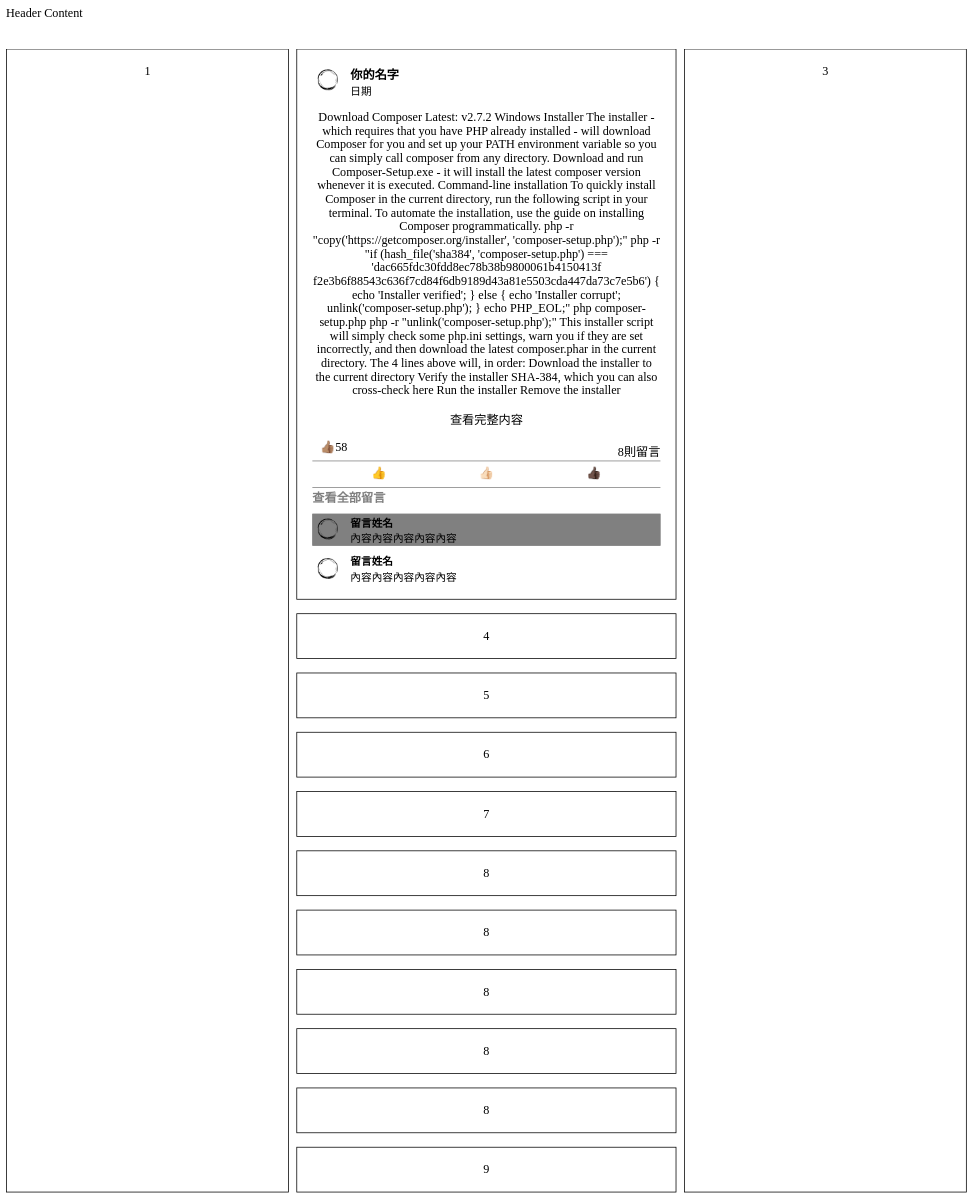
Repository: yuchiyang123/index_view
Page: http://localhost/
An editor plug-in stored every save of this project. The page is shown before and after the next save, followed by the edit.
The browser window is 1280 px wide. The pictures show the whole page, at 76% of full size.
The page is run by PHP 8.4 with error messages shown; the project is at /var/www/html/.

Above is the page before, as saved 2024-03-27 09:47:33.

### index.php
<style>
   .header {
    position: sticky;
    top: 0;
    z-index: 9996;
    grid-area: header;
    background-color: #ffffff;
    width: 100%;
    height: 56px;

}


.grid-container {

  display: grid;
  grid-template-columns: auto 500px auto;
  grid-template-rows:auto;
  grid-gap: 10px;
  display: grid;
  grid-template-areas:
    "A B C";

}

.grid-item {
  border: 1px solid #000;
  padding: 20px;
  text-align: center;

}
.first{
    grid-area: A;
    min-height: 800px;
}
.end{
    grid-area: C;
}
.mid{
    grid-area: B;
}
.limt{
    min-height: 350px;
}
.inner-grid {
    display: inline-grid;
    width: 30%;
    transition: background-color 0.3s;
    padding-top: 5px;
    padding-bottom: 10px;
    text-align: center;
}
.inner-grid:hover {
    background-color: rgba(128, 128, 128, 0.4);
}
.line{
    border-top: 1px solid gray;
    border-bottom: 1px solid gray;
}
.respond{

    padding-bottom: 8px;
    text-align: left;
    padding-left:10px;
}
.respond > div {
    display: inline-block;
}
.message{
    text-align: right;
}
.respond, .message {
    display: inline-block;
}
.container {
    display: flex;
    justify-content: space-between;
    align-items: center;
}

.popup {
    display: none;
    position: fixed;
    top: 50%;
    left: 50%;
    transform: translate(-50%, -50%);
    width: 500px;
    padding: 20px;
    background-color: #fff;
    z-index: 9998;

}

.trigger a {
    cursor: pointer;
}

.blur-background {
    filter: blur(0px);
}
.box{

}
.imgsize{
    width: 40px;
    height: auto;

}

.image-container {
    float: left;
    margin-right: 10px;
}

.text-container {
    overflow: hidden;
}
.user{

    text-align: left;
    font-weight: bold;

}
.date{
    font-size: 14px;
    text-align: left;
}
a{
    text-decoration: none;
    color: black;
}
.overlay {
    display: none;
    position: fixed;
    top: 0;
    left: 0;
    width: 100%;
    height: 100%;
    background-color: rgba(0, 0, 0, 0.5);
    z-index: 9997;
  }
  .SeeAllMessage{
    text-align: left;
  }
  .SeeAllMessage a{
    text-align: left;
    color: gray;
    font-weight: bold;
  }
  .LeaveMessage{
    margin-top: 10px;

  }
  .LeaveMessageall{
    border : 1px solid gray;
    background-color: gray;
  }
  .LeaveMessageUsernameIMG{
    width: 40px;
    height: auto;
  }
  .LeaveMessageimgdiv{
    float: left;
    margin-right: 10px;
  }
  .LeaveMessageUsername{
    text-align: left;
    font-size: 14px;
    font-weight: bold;
  }
  .LeaveMessageMain{
    text-align: left;
    font-size: 14px;
  }
</style>
<html>
<body>
<?php
    include('header.php');
?>
  <div id="box" class="box">
    <div class="grid-container">

      <div class="grid-item"><div class="first">1</div></div>

        <div class="mid">
          <div class="grid-item">
            <div class="limt">
            <div class="image-container">
                <img src="img/2-1.png" class="imgsize">
                        </div>
                <div class="text-container">
                    <div class="user"><a href="#"><div><a href="#">你的名字</a></div></a></div>
                    <div class="date"><div><a href="#">日期</a></div></div>
                </div>
                <div class="clearfix"></div>
                <p class="main">
                Download Composer Latest: v2.7.2
                    Windows Installer
                    The installer - which requires that you have PHP already installed - will download Composer for you and set up your PATH environment variable so you can simply call composer from any directory.

                    Download and run Composer-Setup.exe - it will install the latest composer version whenever it is executed.

                    Command-line installation
                    To quickly install Composer in the current directory, run the following script in your terminal. To automate the installation, use the guide on installing Composer programmatically.

                    php -r "copy('https://getcomposer.org/installer', 'composer-setup.php');"
                    php -r "if (hash_file('sha384', 'composer-setup.php') === 'dac665fdc30fdd8ec78b38b9800061b4150413f
                    f2e3b6f88543c636f7cd84f6db9189d43a81e5503cda447da73c7e5b6') { echo 'Installer verified'; } else { echo 'Installer corrupt'; unlink('composer-setup.php'); } echo PHP_EOL;"
                    php composer-setup.php
                    php -r "unlink('composer-setup.php');"
                    This installer script will simply check some php.ini settings, warn you if they are set incorrectly, and then download the latest composer.phar in the current directory. The 4 lines above will, in order:

                    Download the installer to the current directory
                    Verify the installer SHA-384, which you can also cross-check here
                    Run the installer
                    Remove the installer<div class="trigger"><a href="#">查看完整内容</a></div>
                </p>
                <div class="container">
                    <div class="respond"><a href="#">👍🏽</a><div><a href="#">58</a></div></div>
                    <div class="message"><div><a href="#">8則留言</a></div></div>
                </div>
                <div class="line">
                    <div class="inner-grid">👍</div>
                    <div class="inner-grid">👍🏻</div>
                    <div class="inner-grid">👍🏿</div>
                </div>
                <div class="SeeAllMessage"><a href="#">查看全部留言</a></div>
                <div class="LeaveMessage">
                    <div><a href="#"></a></div>
                    <div>
                        <div class="LeaveMessageimgdiv"><img src="img/2-1.png" class="LeaveMessageUsernameIMG">
                    </div>
                    <div class="LeaveMessageall">
                        <div class="LeaveMessageUsername">
                            留言姓名
                        </div>
                        <div class="LeaveMessageMain">
                            內容內容內容內容內容
                        </div>
                    </div>
                </div>
                </div>
                <div class="LeaveMessage">
                    <div><a href="#"></a></div>
                    <div><div class="LeaveMessageimgdiv"><img src="img/2-1.png" class="LeaveMessageUsernameIMG"></div><div class="LeaveMessageUsername">留言姓名</div><div class="LeaveMessageMain">內容內容內容內容內容</div></div>
                </div>
            </div>
        </div><br>
          <div class="grid-item">4</div><br>
          <div class="grid-item">5</div><br>
          <div class="grid-item">6</div><br>
          <div class="grid-item">7</div><br>
          <div class="grid-item">8</div><br>
          <div class="grid-item">8</div><br>
          <div class="grid-item">8</div><br>
          <div class="grid-item">8</div><br>
          <div class="grid-item">8</div><br>
          <div class="grid-item">9</div>
          <div class="overlay" id="overlay"></div>
          <div id="popup" class="popup">
        <div class="content">
        <div class="image-container">
            <img src="img/2-1.png" class="imgsize">
        </div>
        <div class="text-container">
            <div class="user"><a href="#"><div><a href="#">你的名字</a></div></a></div>
            <div class="date"><div><a href="#">日期</a></div></div>
        </div>
        <div class="clearfix"></div>
            <p class="main">
                Download Composer Latest: v2.7.2
                    Windows Installer
                    The installer - which requires that you have PHP already installed - will download Composer for you and set up your PATH environment variable so you can simply call composer from any directory.

                    Download and run Composer-Setup.exe - it will install the latest composer version whenever it is executed.

                    Command-line installation
                    To quickly install Composer in the current directory, run the following script in your terminal. To automate the installation, use the guide on installing Composer programmatically.

                    php -r "copy('https://getcomposer.org/installer', 'composer-setup.php');"
                    php -r "if (hash_file('sha384', 'composer-setup.php') === 'dac665fdc30fdd8ec78b38b9800061b4150413f
                    f2e3b6f88543c636f7cd84f6db9189d43a81e5503cda447da73c7e5b6') { echo 'Installer verified'; } else { echo 'Installer corrupt'; unlink('composer-setup.php'); } echo PHP_EOL;"
                    php composer-setup.php
                    php -r "unlink('composer-setup.php');"
                    This installer script will simply check some php.ini settings, warn you if they are set incorrectly, and then download the latest composer.phar in the current directory. The 4 lines above will, in order:

                    Download the installer to the current directory
                    Verify the installer SHA-384, which you can also cross-check here
                    Run the installer
                    Remove the installer
            </p>
        <div class="container">
            <div class="respond"><a href="#">👍🏽</a><div><a href="#">58</a></div></div>
            <div class="message"><div><a href="#">8則留言</a></div></div>
        </div>
            <div class="line">
            <div class="inner-grid">👍</div>
            <div class="inner-grid">👍🏻</div>
            <div class="inner-grid">👍🏿</div>
        </div>
        </div>
            <!--div class="close"><a href="#">关闭</a></div-->
        </div>
        </div>

            <div class="grid-item"><div class="end">3</div></div>
        </div>
    </div>
  </div>
  <script>
    var overlay = document.getElementById('overlay');
    var trigger = document.querySelector('.trigger a');
    var popup = document.getElementById('popup');
    var header = document.querySelector('.header');
    trigger.addEventListener('click', function(event) {
        event.preventDefault();
        popup.style.display = 'block';
        header.style.backgroundColor = 'rgba(0, 0, 0, 0.000001)';
        overlay.style.display = 'block';
        popup.style.border = '1px solid gray';
        popup.style.boxShadow = '0px 0px 15px rgba(0, 0, 0, 0.7)';
        /*
        document.body.classList.add('blur-background');
        popup.style.filter = 'none';// 移除 body 元素的模糊效果*/
    });
    var closeBtn = document.querySelector('.close a');
    /*
    closeBtn.addEventListener('click', function(event) {
        event.preventDefault();
        popup.style.display = 'none';
        popup.style.boxShadow = 'none';
    });
    */
    overlay.addEventListener('click', function(event) {
        event.preventDefault();
        event.stopPropagation();
        popup.style.display = 'none';
        overlay.style.display = 'none' ;
        popup.style.boxShadow = 'none';
        header.style.backgroundColor = '#ffffff';
    });
  </script>
</body>
</html>

### header.php
<style>
   .header {
    position: sticky; /* 将标题栏固定在容器内 */
    top: 0; /* 将标题栏固定在容器的顶部 */
    z-index: 9999; /* 确保标题栏位于其他内容的上层 */
    /* 其他样式，例如背景颜色、文本样式等 */
    grid-area: header;
    background-color: #ffffff;
    width: 100%; /* 设置标题栏的宽度为100%，使其填满整个屏幕 */
    height: 56px;

}
</style>
<header class="header">Header Content</header>

After the next save:
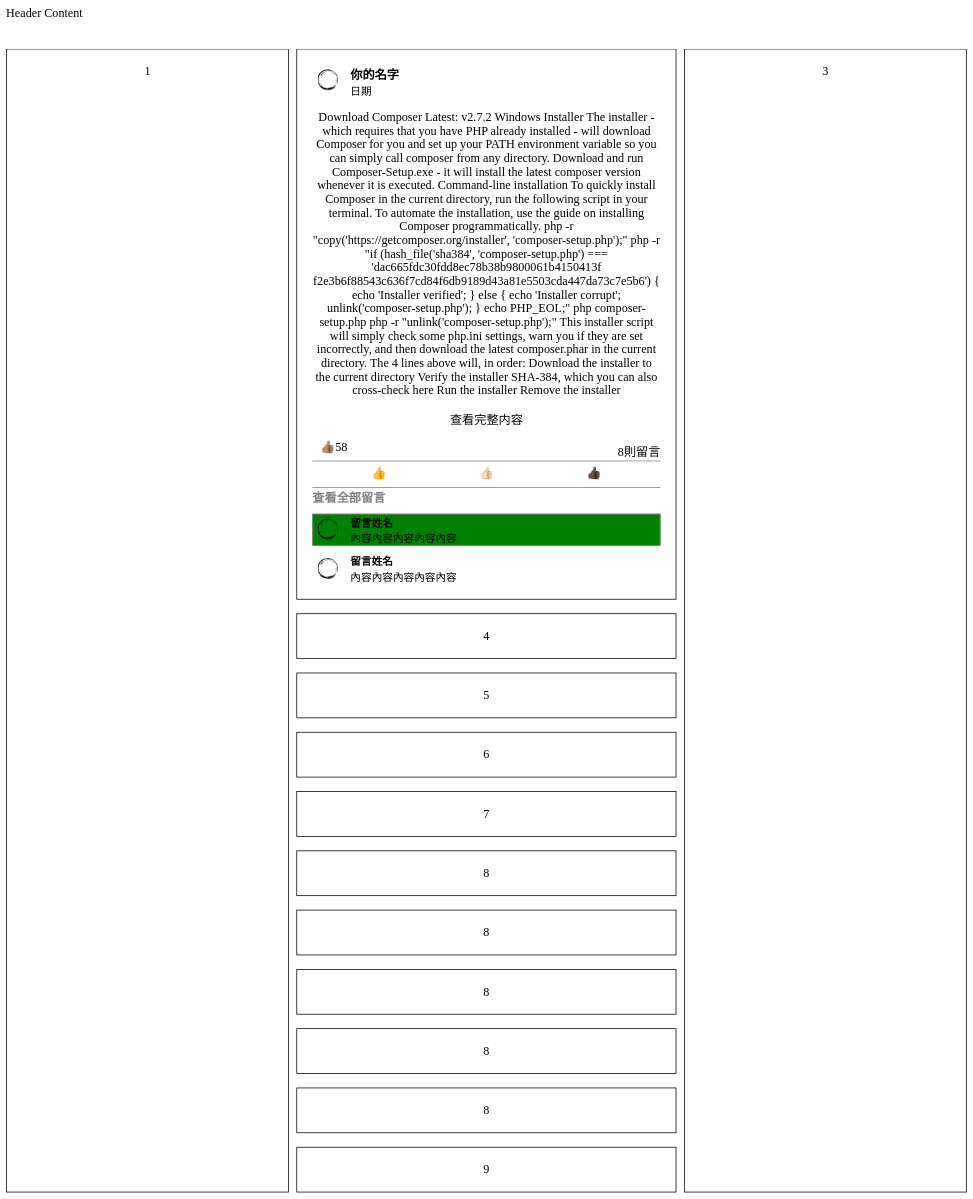
Saved 40 s later.
--- a/index.php
+++ b/index.php
@@ -153,7 +153,7 @@ a{
   }
   .LeaveMessageall{
     border : 1px solid gray;
-    background-color: gray;
+    background-color: green;
   }
   .LeaveMessageUsernameIMG{
     width: 40px;
